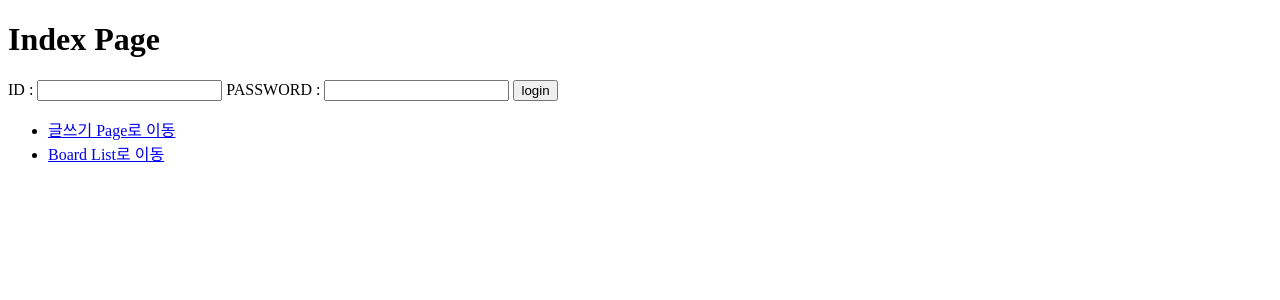
Repository: kurunai/jsp3
Page: http://localhost/jsp_project/
These files come from the project's save history. The page is drawn as it stood at one moment and after the next save; the edit follows.
The browser window is 1280 px wide. The pictures show the whole page.
The page is served by Tomcat 9.

Above is the page before, as saved 2022-08-25 05:56:37.

After the next save:
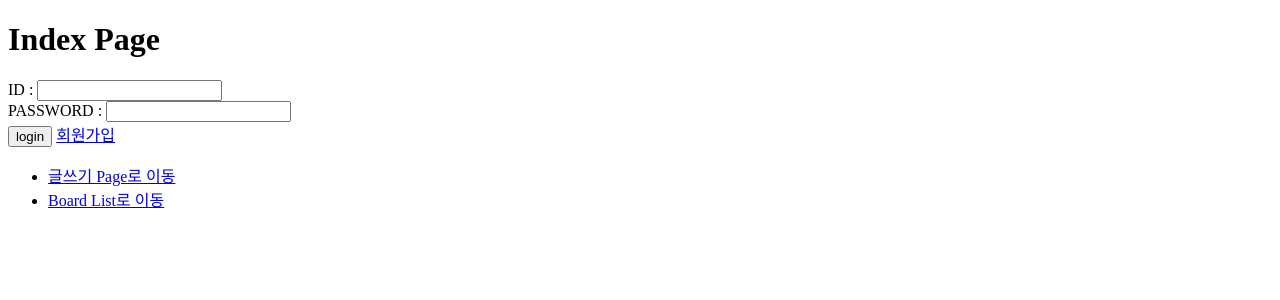
Saved 5 min 47 s later.
--- a/_jsp2_workspace/jsp_project/src/main/webapp/index.jsp
+++ b/_jsp2_workspace/jsp_project/src/main/webapp/index.jsp
@@ -10,9 +10,10 @@
 <body>
 	<h1>Index Page</h1>
 	<form action="/mem/login" method="post">
-	ID : <input type="text" name="id">
-	PASSWORD : <input type="text" name="password">
+	ID : <input type="text" name="id"><br>
+	PASSWORD : <input type="text" name="password"><br>
 	<button type="submit">login</button>
+	<a href="/">회원가입</a>
 	</form>
 
 	<!-- 로그인 연결시 -->
